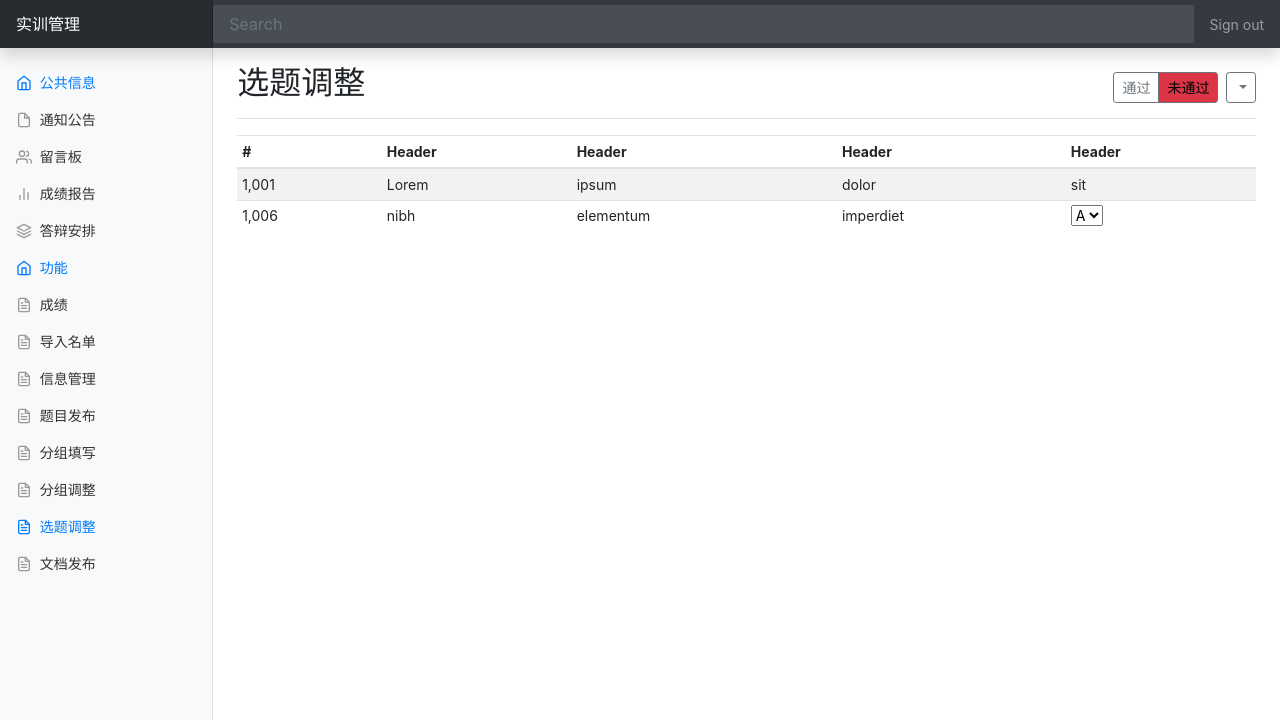
Repository: Kong-T/Practical-training
Page: Administrator/html/Ad_topic_admin.html
The author's editor kept a copy of each file at every save. The page is drawn from the files as they stood at one save, then again after the next save.
The browser window is 1280 px wide. The pictures show the whole page.
The page's requests for data from a server got no answer. Some web libraries are served in a nearby version.

Above is the page before, as saved 2020-12-14 20:18:05.
Console error: TypeError: Cannot read properties of null (reading 'length')

### Administrator/html/Ad_topic_admin.html
<!doctype html>
<html lang="en">

<head>
  <meta charset="utf-8">
  <meta name="viewport" content="width=device-width, initial-scale=1, shrink-to-fit=no">
  <meta name="description" content="">
  <meta name="author" content="Mark Otto, Jacob Thornton, and Bootstrap contributors">
  <meta name="generator" content="Jekyll v4.0.1">
  <title> Ad_选题调整</title>

  <link rel="canonical" href="https://getbootstrap.com/docs/4.5/examples/dashboard/">

  <!-- Bootstrap core CSS -->
  <link href="../../assets4.5/dist/css/bootstrap.css" rel="stylesheet">

  <style>
    .bd-placeholder-img {
      font-size: 1.125rem;
      text-anchor: middle;
      -webkit-user-select: none;
      -moz-user-select: none;
      -ms-user-select: none;
      user-select: none;
    }

    @media (min-width: 768px) {
      .bd-placeholder-img-lg {
        font-size: 3.5rem;
      }
    }
  </style>

  <!-- Custom styles for this template -->
  <link href="../css/dashboard.css" rel="stylesheet">
</head>

<body>
  <nav class="navbar navbar-dark sticky-top bg-dark flex-md-nowrap p-0 shadow">
    <a class="navbar-brand col-md-3 col-lg-2 mr-0 px-3" href="#">实训管理</a>
    <button class="navbar-toggler position-absolute d-md-none collapsed" type="button" data-toggle="collapse"
      data-target="#sidebarMenu" aria-controls="sidebarMenu" aria-expanded="false" aria-label="Toggle navigation">
      <span class="navbar-toggler-icon"></span>
    </button>
    <input class="form-control form-control-dark w-100" type="text" placeholder="Search" aria-label="Search">
    <ul class="navbar-nav px-3">
      <li class="nav-item text-nowrap">
        <a class="nav-link" href="#">Sign out</a>
      </li>
    </ul>
  </nav>


  <div class="container-fluid">
    <div class="row">
      <nav id="sidebarMenu" class="col-md-3 col-lg-2 d-md-block bg-light sidebar collapse">
        <div class="sidebar-sticky pt-3">
          <ul class="nav flex-column">
            <li class="nav-item">
              <a class="nav-link active" href="#">
                <span data-feather="home"></span>
                公共信息 <span class="sr-only">(current)</span>
              </a>
            </li>
            <li class="nav-item">
              <a class="nav-link" href="#">
                <span data-feather="file"></span>
                通知公告
              </a>
            </li>

            <li class="nav-item">
              <a class="nav-link" href="#">
                <span data-feather="users"></span>
                留言板
              </a>
            </li>
            <li class="nav-item">
              <a class="nav-link" href="#">
                <span data-feather="bar-chart-2"></span>
                成绩报告
              </a>
            </li>
            <li class="nav-item">
              <a class="nav-link" href="#">
                <span data-feather="layers"></span>
                答辩安排
              </a>
            </li>
          </ul>

          <a class="nav-link active" href="#">
            <span data-feather="home"></span>
            功能 <span class="sr-only">(current)</span>
          </a>
          <ul class="nav flex-column mb-2">
            <li class="nav-item">
              <a class="nav-link" href="#">
                <span data-feather="file-text"></span>
                成绩
              </a>
            </li>
            <li class="nav-item">
              <a class="nav-link" href="#">
                <span data-feather="file-text"></span>
                导入名单
              </a>
            </li>
            <li class="nav-item">
              <a class="nav-link" href="Ad_teacher_info.html">
                <span data-feather="file-text"></span>
                信息管理
              </a>
            </li>
            <li class="nav-item">
              <a class="nav-link" href="#">
                <span data-feather="file-text"></span>
                题目发布
              </a>
            </li>
            <li class="nav-item">
              <a class="nav-link" href="#">
                <span data-feather="file-text"></span>
                分组填写
              </a>
            </li>
            <li class="nav-item">
              <a class="nav-link" href="#">
                <span data-feather="file-text"></span>
                分组调整
              </a>
            </li>
            <li class="nav-item">
              <a class="nav-link active" href="#">
                <span data-feather="file-text"></span>
                选题调整
              </a>
            </li>
            <li class="nav-item">
              <a class="nav-link" href="#">
                <span data-feather="file-text"></span>
                文档发布
              </a>
            </li>
          </ul>
        </div>
      </nav>

      <main role="main" class="col-md-9 ml-sm-auto col-lg-10 px-md-4">
        <div
          class="d-flex justify-content-between flex-wrap flex-md-nowrap align-items-center pt-3 pb-2 mb-3 border-bottom">
          <h1 class="h2">选题调整</h1>
          <div class="btn-toolbar mb-2 mb-md-0">
            <div class="btn-group mr-2">
              <button type="button" onclick="submit()" class="btn btn-sm btn-outline-secondary">通过</button>
              <button type="button" onclick="unpass()"style="color:black" class="btn btn-danger btn-sm btn-outline-secondary">未通过</button>
            </div>
            <button type="button" class="btn btn-sm btn-outline-secondary dropdown-toggle">
            <!-- <span data-feather="calendar"></span>

              </ul>
            This week -->
          </button>
          </div>
        </div>

        <div class="table-responsive">
          <table class="table table-striped table-sm" id="tbody1">
            <thead>
              <tr>
                <th>#</th>
                <th>Header</th>
                <th>Header</th>
                <th>Header</th>
                <th>Header</th>
              </tr>
            </thead>
            <tbody>
              <tr>
                <td>1,001</td>
                <td>Lorem</td>
                <td>ipsum</td>
                <td>dolor</td>
                <td>sit</td>
              </tr>
              <tr>
                <td>1,006</td>
                <td>nibh</td>
                <td>elementum</td>
                <td>imperdiet</td>
                <td>
                  <div class="form-group">
                    <select class="selectpicker show-tick" title="请选择一项" data-live-search="true" data-size="5">
                      <option>A</option>
                      <option>B</option>

                    </select>
                  </div>
                </td>
              </tr>


            </tbody>
          </table>
        </div>
      </main>
    </div>
  </div>
  <script src="https://cdn.bootcdn.net/ajax/libs/jquery/3.5.1/jquery.js"></script>
  <script src="https://code.jquery.com/jquery-3.5.1.slim.min.js"
    integrity="sha384-DfXdz2htPH0lsSSs5nCTpuj/zy4C+OGpamoFVy38MVBnE+IbbVYUew+OrCXaRkfj"
    crossorigin="anonymous"></script>
  <script>window.jQuery || document.write('<script src="../../assets4.5/js/vendor/jquery.slim.min.js"><\/script>')</script>
  <script src="../../assets4.5/dist/js/bootstrap.bundle.js"></script>
  <script src="https://cdnjs.cloudflare.com/ajax/libs/feather-icons/4.9.0/feather.min.js"></script>
  <script src="https://cdnjs.cloudflare.com/ajax/libs/Chart.js/2.7.3/Chart.min.js"></script>

  <script src="../js/dashboard.js"></script>

  <script type="text/javascript">
    var jq = jQuery.noConflict();

    window.onload = function () {
      // 请求后端数据
      $.ajax({
        url: "http://localhost:8080/Ad_topic",
        type: "post",
        data: name,
        success: function (data) {
          showData(data);//我们仅做数据展示
        },
        error: function (msg) {
          alert("ajax连接异常：" + msg);
          console.log("error");
        }
      })

      // 展示数据
      function showData(data) {
        var str = "<thead ><tr><th>编号</th><th>题目名称</th><th>选题简介</th><th>提交者</th><th>是否审核通过</th></tr></thead>";//定义用于拼接的字符串
        // console.log(data);
        window.length = data.Topic_title.length
        for (var i = 0; i < data.Topic_title.length; i++) {

          // console.log(data.Topic_title);

          j = i * 1 + 1;
          var Topic_titleID = " Topic_title" + i;
          var Topic_detailsID = "Topic_details" + i;
          var TutorID = "Tutor" + i;
          var selectID = "selectID" + i;
          var denyID = "deny" + i;
          var yesID = "yes" + i;
          str += "<tr><td>" + j + "</td><td id=\"" + Topic_titleID + "\">" +
            data.Topic_title[i] + "</td><td id=\"" + Topic_detailsID + "\">" +
            data.Topic_details[i] + "</td><td id=\"" + TutorID + "\">" + data.Tutor[i] +
            "</td><td><input type = \"checkbox\" id = \""+ yesID +"\" </input></td></tr>"
          //  console.log(str);

        }
        $("#tbody1").html(str);
      }


      var Topic_title = new Array();//声明一个放title的数组
      var btns = document.getElementsByTagName("button");//获取所有btn对象


    }

  </script>

  <script>
    var topic = {
      "topicname": new Array(),
      "result": new Array()
    };

    $(function () {
      $(document).click(function (e) {
        re = e.target.id;
        console.log("函数内" + re);

        delete_topic(re)
      });
    })

    function delete_topic(e) {

      console.log("获取当前id" + re);
      var temp = re.substring(re.length - 1, re.length);//编号
      var titleID = " Topic_title" + temp
      var titleValue = document.getElementById(titleID).innerText //获取topic_title单元格的值
      console.log(temp, titleID, titleValue)
      //  0:待审核 1：通过 -1：不通过
      topic.topicname.push(titleValue);
    }

    //向后台传输title
    function submit() {
      topic.result.push(1);
      console.log(topic)
      $.ajax({
        type: "POST",
        url: "http://localhost:8080/Ad_topic_1",
        data: JSON.stringify(topic), //将JSON对象转为字符串
        dataType: "JSON",
        contentType: "application/json",
        async: 'true',
        beforeSend: function (XMLHttpRequest, settings) {
          //ShowLoading();
          // console.log($.ajax.data);
        },
        success: function () {
          alert("success");
        },
        error: function () {
          //请求出错处理
          console.log("error");
        },
      })
    }
    function unpass() {
      topic.result.push(-1);
      console.log(topic)
      $.ajax({
        type: "POST",
        url: "http://localhost:8080/Ad_topic_1",
        data: JSON.stringify(topic), //将JSON对象转为字符串
        dataType: "JSON",
        contentType: "application/json",
        async: 'true',
        beforeSend: function (XMLHttpRequest, settings) {
          //ShowLoading();
          // console.log($.ajax.data);
        },
        success: function () {
          alert("success");
        },
        error: function () {
          //请求出错处理
          console.log("error");
        },
      })
    }


  </script>

</body>

</html>

### Administrator/css/dashboard.css
body {
  font-size: .875rem;
}

.feather {
  width: 16px;
  height: 16px;
  vertical-align: text-bottom;
}

/*
 * Sidebar
 */

.sidebar {
  position: fixed;
  top: 0;
  bottom: 0;
  left: 0;
  z-index: 100; /* Behind the navbar */
  padding: 48px 0 0; /* Height of navbar */
  box-shadow: inset -1px 0 0 rgba(0, 0, 0, .1);
}

@media (max-width: 767.98px) {
  .sidebar {
    top: 5rem;
  }
}

.sidebar-sticky {
  position: relative;
  top: 0;
  height: calc(100vh - 48px);
  padding-top: .5rem;
  overflow-x: hidden;
  overflow-y: auto; /* Scrollable contents if viewport is shorter than content. */
}

@supports ((position: -webkit-sticky) or (position: sticky)) {
  .sidebar-sticky {
    position: -webkit-sticky;
    position: sticky;
  }
}

.sidebar .nav-link {
  font-weight: 500;
  color: #333;
}

.sidebar .nav-link .feather {
  margin-right: 4px;
  color: #999;
}

.sidebar .nav-link.active {
  color: #007bff;
}

.sidebar .nav-link:hover .feather,
.sidebar .nav-link.active .feather {
  color: inherit;
}

.sidebar-heading {
  font-size: .75rem;
  text-transform: uppercase;
}

/*
 * Navbar
 */

.navbar-brand {
  padding-top: .75rem;
  padding-bottom: .75rem;
  font-size: 1rem;
  background-color: rgba(0, 0, 0, .25);
  box-shadow: inset -1px 0 0 rgba(0, 0, 0, .25);
}

.navbar .navbar-toggler {
  top: .25rem;
  right: 1rem;
}

.navbar .form-control {
  padding: .75rem 1rem;
  border-width: 0;
  border-radius: 0;
}

.form-control-dark {
  color: #fff;
  background-color: rgba(255, 255, 255, .1);
  border-color: rgba(255, 255, 255, .1);
}

.form-control-dark:focus {
  border-color: transparent;
  box-shadow: 0 0 0 3px rgba(255, 255, 255, .25);
}

### Administrator/js/dashboard.js
/* globals Chart:false, feather:false */

(function () {
  'use strict'

  feather.replace()

  // Graphs
  var ctx = document.getElementById('myChart')
  // eslint-disable-next-line no-unused-vars
  var myChart = new Chart(ctx, {
    type: 'line',
    data: {
      labels: [
        'Sunday',
        'Monday',
        'Tuesday',
        'Wednesday',
        'Thursday',
        'Friday',
        'Saturday'
      ],
      datasets: [{
        data: [
          15339,
          21345,
          18483,
          24003,
          23489,
          24092,
          12034
        ],
        lineTension: 0,
        backgroundColor: 'transparent',
        borderColor: '#007bff',
        borderWidth: 4,
        pointBackgroundColor: '#007bff'
      }]
    },
    options: {
      scales: {
        yAxes: [{
          ticks: {
            beginAtZero: false
          }
        }]
      },
      legend: {
        display: false
      }
    }
  })
}())

Loaded but not shown: assets4.5/dist/css/bootstrap.css (library); assets4.5/dist/js/bootstrap.bundle.js (library)

After the next save:
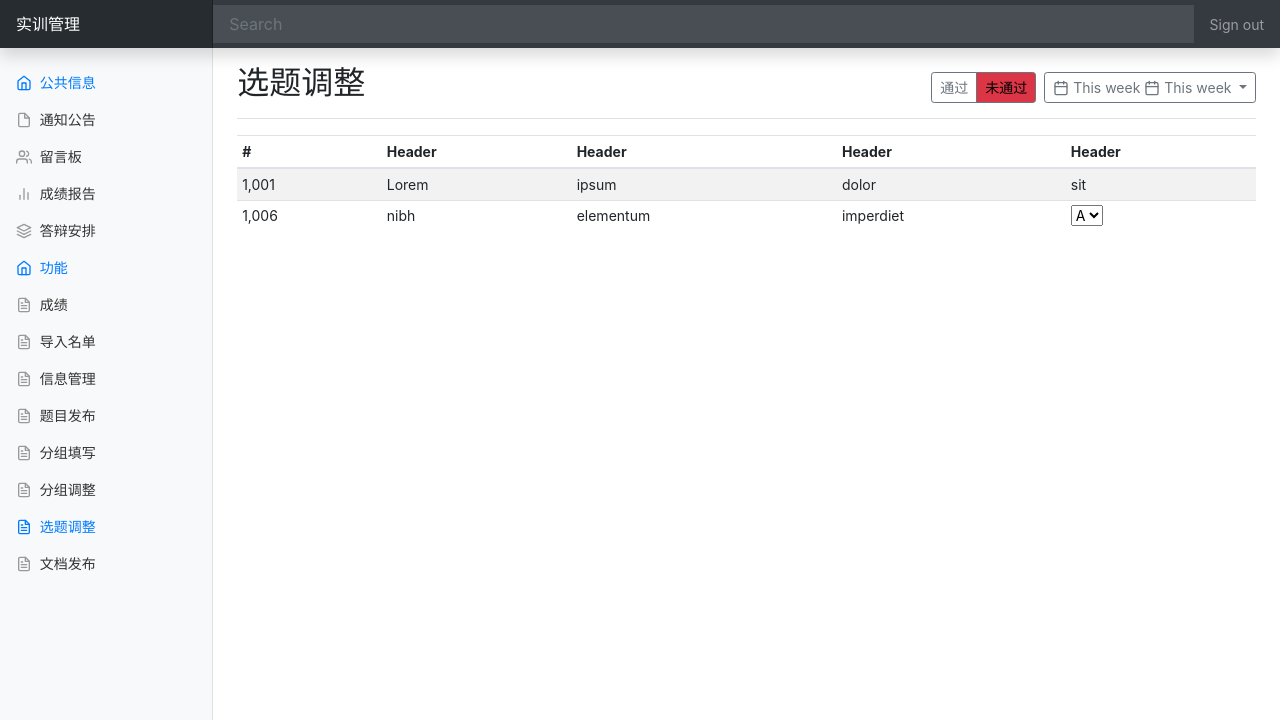
Saved 34 s later.
--- a/Administrator/html/Ad_topic_admin.html
+++ b/Administrator/html/Ad_topic_admin.html
@@ -156,10 +156,10 @@
               <button type="button" onclick="unpass()"style="color:black" class="btn btn-danger btn-sm btn-outline-secondary">未通过</button>
             </div>
             <button type="button" class="btn btn-sm btn-outline-secondary dropdown-toggle">
-            <!-- <span data-feather="calendar"></span>
-
-              </ul>
-            This week -->
+            <span data-feather="calendar"></span>
+            This week
+            <span data-feather="calendar"></span>
+            This week
           </button>
           </div>
         </div>
